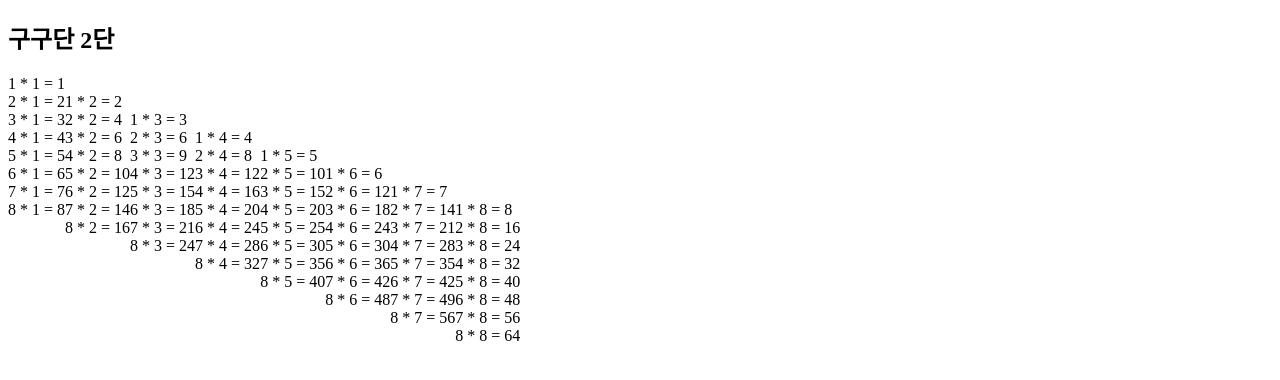
Repository: poiup/jsp_practice
Page: http://localhost/20210128/jspTag/Scriptlet.jsp
The author's editor kept a copy of each file at every save. The page is drawn from the files as they stood at one save, then again after the next save.
The browser window is 1280 px wide. The pictures show the whole page.
The page is served by Tomcat 9.

Above is the page before, as saved 2022-01-28 02:48:25.

After the next save:
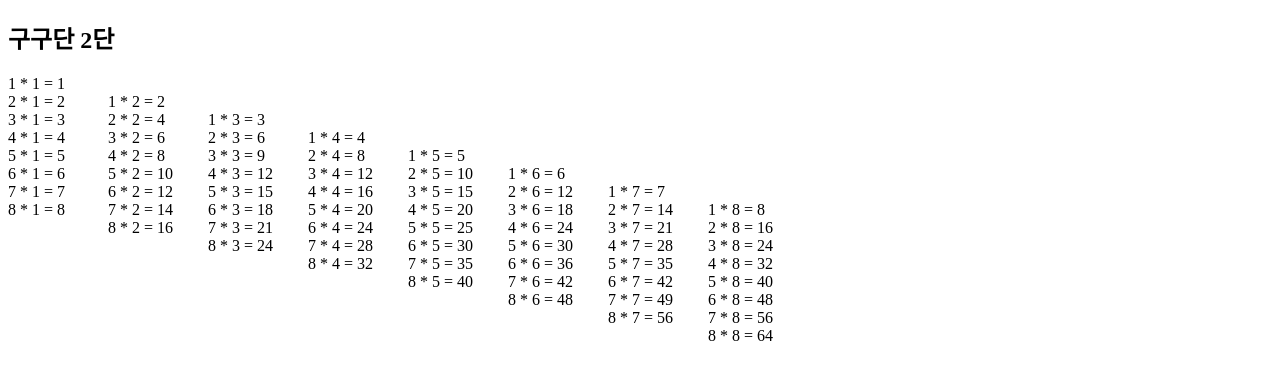
Saved 9 s later.
--- a/20210128/src/main/webapp/jspTag/Scriptlet.jsp
+++ b/20210128/src/main/webapp/jspTag/Scriptlet.jsp
@@ -13,7 +13,7 @@
 	(javascript의 document.write()와 같은역활 -->
 	<h2>구구단 2단</h2>
 	<% for(int i = 1; i< 9; i++){
-	%><div style = "float : left","width: 100px"><%
+	%><div style = "float : left; width : 100px"><%
 		for(int j = 1; j< 9; j++){
 		out.println(j + " * " + i + " = " + j*i);
 	%></br><%

After the save that followed:
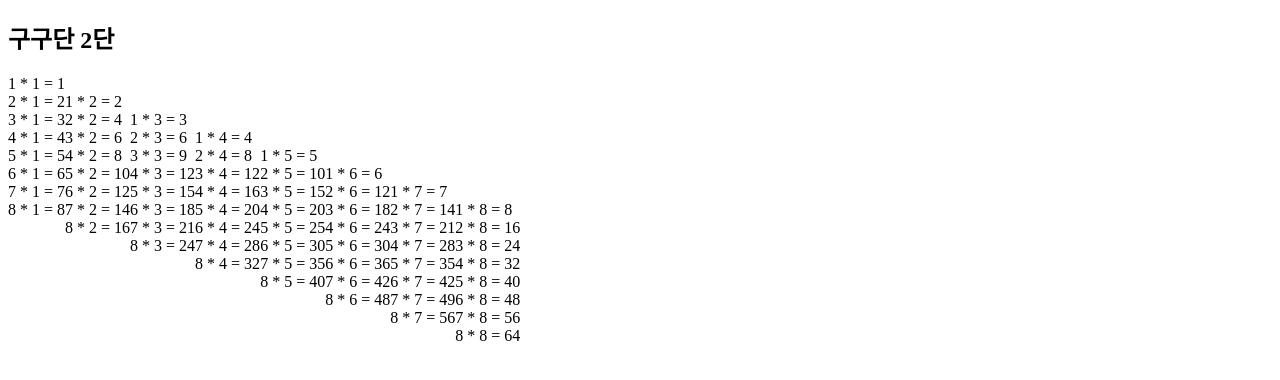
Saved 5 s later.
--- a/20210128/src/main/webapp/jspTag/Scriptlet.jsp
+++ b/20210128/src/main/webapp/jspTag/Scriptlet.jsp
@@ -13,7 +13,7 @@
 	(javascript의 document.write()와 같은역활 -->
 	<h2>구구단 2단</h2>
 	<% for(int i = 1; i< 9; i++){
-	%><div style = "float : left; width : 100px"><%
+	%><div style = "float : left;"><%
 		for(int j = 1; j< 9; j++){
 		out.println(j + " * " + i + " = " + j*i);
 	%></br><%
